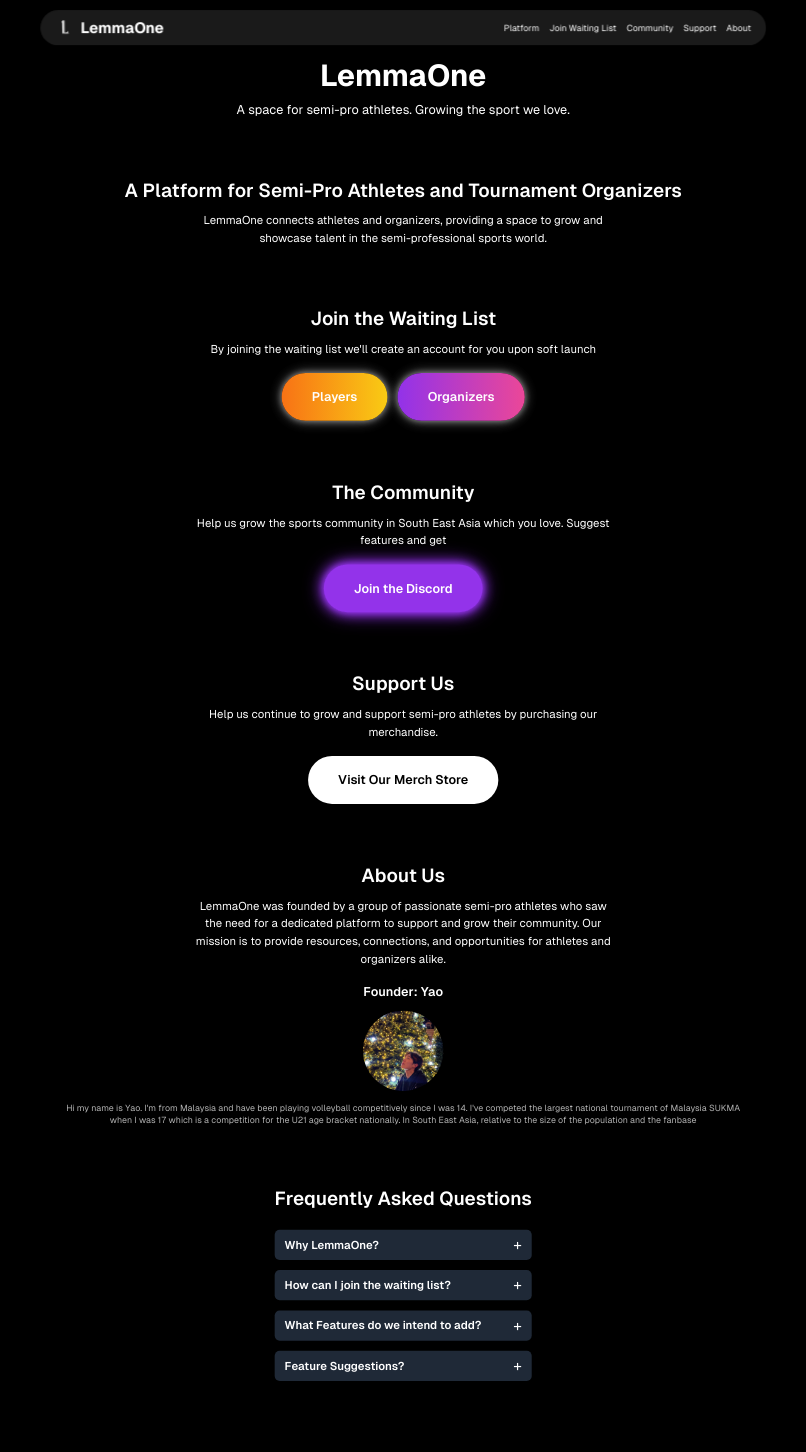
Repository: yao-creative/lemma-one-launch
Page: /
These files come from the project's save history. The page is drawn as it stood at one moment and after a run of saves; the edit follows.
The browser window is 1280 px wide. The pictures show the whole page, at 63% of full size.
The project was rebuilt for these pictures with package versions that can differ from the ones it lists, and the page was loaded fresh each time. The framework's server and built-in components were replaced by stand-ins that run in the browser. Also part of the build but not shown: next.config.js, next.config.mjs.

Above is the page before, as saved 2024-09-26 04:15:05.

After the next 17 saves:
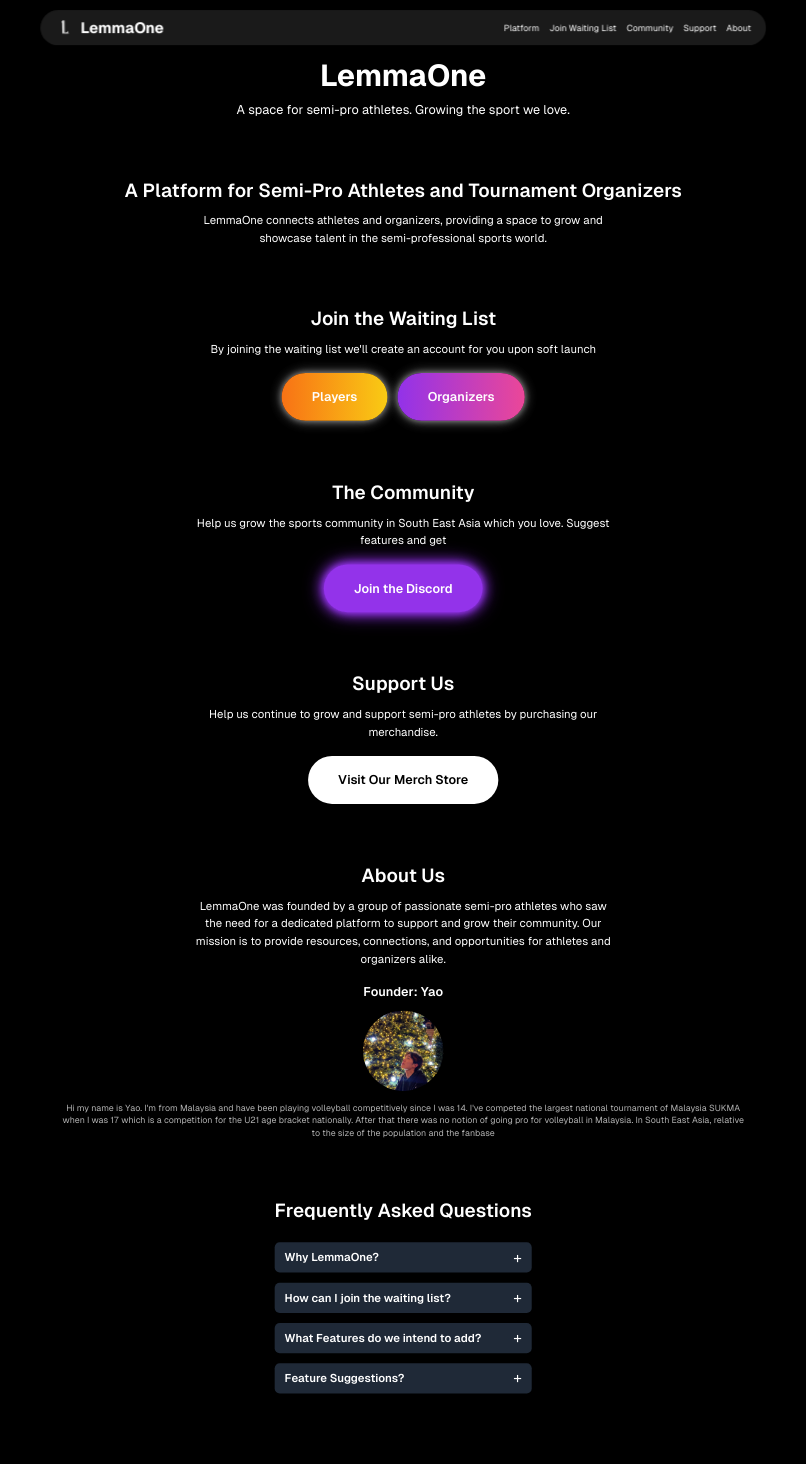
The 17 saves are shown as one change because they came seconds apart.
The last was saved 27 s later.
--- a/app/page.tsx
+++ b/app/page.tsx
@@ -139,7 +139,7 @@ export default function Home() {
               />
             </div>
             <p className="text-sm opacity-70">
-              Hi my name is Yao. I'm from Malaysia and have been playing volleyball competitively since I was 14. I've competed the largest national tournament of Malaysia SUKMA when I was 17 which is a competition for the U21 age bracket nationally. In South East Asia, relative to the size of the population and the fanbase
+              Hi my name is Yao. I'm from Malaysia and have been playing volleyball competitively since I was 14. I've competed the largest national tournament of Malaysia SUKMA when I was 17 which is a competition for the U21 age bracket nationally. After that there was no notion of going pro for volleyball in Malaysia. In South East Asia, relative to the size of the population and the fanbase
             </p>
           </div>
         </section>
